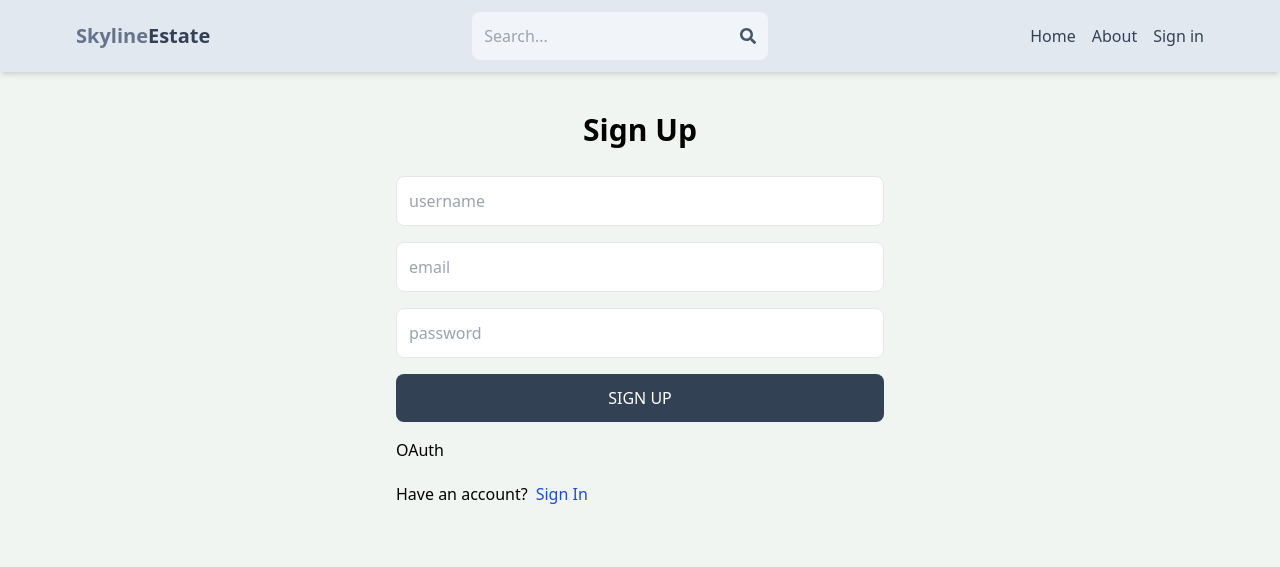
Repository: stavan30/mern-estate
Page: /sign-up (app in client/)
The author's editor kept a copy of each file at every save. The page is drawn from the files as they stood at one save, then again after the next save.
The browser window is 1280 px wide. The pictures show the whole page.
The project was rebuilt for these pictures with package versions that can differ from the ones it lists, and the page was loaded fresh each time. Also part of the build but not shown: client/vite.config.js, client/src/pages/About.jsx, client/src/pages/Home.jsx, client/src/pages/Profile.jsx, client/src/pages/SignIn.jsx.

Above is the page before, as saved 2024-01-30 14:32:02.

### client/src/main.jsx
import React from 'react'
import ReactDOM from 'react-dom/client'
import App from './App.jsx'
import './index.css'
import {persistor, store} from './redux/store.js'
import {Provider} from 'react-redux'
import {PersistGate} from 'redux-persist/integration/react';

ReactDOM.createRoot(document.getElementById('root')).render(
  <Provider store={store}>
    <PersistGate loading={null} persistor={persistor}>
    <App />
    </PersistGate>
  </Provider>
)

### client/src/App.jsx
import { BrowserRouter, Routes, Route } from 'react-router-dom';
import Header from './components/Header';
import About from './pages/About';
import Home from './pages/Home';
import Profile from './pages/Profile';
import SignIn from './pages/SignIn';
import SignUp from './pages/SignUp';


export default function App() {
  return (
    <BrowserRouter>
    <Header/>
      <Routes>
        <Route path='/' element={<Home/>}></Route>
        <Route path='/sign-in' element={<SignIn/>}></Route>
        <Route path='/sign-up' element={<SignUp/>}></Route>
        <Route path='/about' element={<About/>}></Route>
        <Route path='/profile' element={<Profile/>}></Route>
      </Routes>
    </BrowserRouter>
    )
}

### client/src/redux/store.js
import { combineReducers, configureStore } from '@reduxjs/toolkit'
import userReducer from './user/userSlice'
import {persistReducer, persistStore} from 'redux-persist';
import storage from 'redux-persist/lib/storage'

const rootReducer = combineReducers({user: userReducer})

const persistConfig = {
    key: 'root',
    storage,
    version: 1,
}

const persistedReducer = persistReducer(persistConfig, rootReducer)

export const store = configureStore({
  reducer: persistedReducer,
  middleware: (getDefaultMiddleware)=>
    getDefaultMiddleware({
        serializableCheck: false,
    })
})

export const persistor = persistStore(store);

### client/src/components/Header.jsx
import { FaSearch} from 'react-icons/fa'
import { Link } from 'react-router-dom'

export default function Header() {
  return (
    <header className='bg-slate-200 shadow-md'>
        <div className='flex justify-between items-center max-w-6xl mx-auto p-3'>
        <Link to='/'>
        <h1 className='font-bold text-sm sm:text-xl flex flex-wrap'>
            <span className='text-slate-500'>Skyline</span>
            <span className='text-slate-700'>Estate</span>
        </h1>
        </Link>
        <form className='bg-slate-100 p-3 rounded-lg flex items-center'>
            <input type='text' placeholder='Search...'
                className='bg-transparent focus:outline-none w-24 sm:w-64'
            />
            <FaSearch className='text-slate-600'/>
        </form>

        <ul className='flex gap-4'>
            <Link to='/'><li className='hidden sm:inline text-slate-700 hover:underline'>Home</li></Link>
            <Link to='/about'><li className='hidden sm:inline text-slate-700 hover:underline'>About</li></Link>
            <Link to='/sign-in'><li className=' text-slate-700 hover:underline'>Sign in</li></Link>
        </ul>
        </div>
    </header>
  )
}

### client/src/pages/SignUp.jsx
import { useState } from 'react';
import { Link, useNavigate } from 'react-router-dom';
import OAuth from '../components/OAuth';

export default function SignUp() {
  const [formData, setFormData] = useState({});
  const [error, setError] = useState(null);
  const [loading, setLoading] = useState(false);
  const navigate = useNavigate();
  const handleChange = (e) => {
    setFormData({
      ...formData,
      [e.target.id]: e.target.value,
    })
  }

  const handleSubmit = async (e) => {
    e.preventDefault();
    try {
      setLoading(true);
      //fetch function to get api endpoint and pass on an object with POST, and the data we are sending is in JSON, and body which converts the JSON object to string.
      const res = await fetch('/api/auth/signup', {
      method: 'POST',
      headers: {
        'Content-Type' : 'application/json',
      },
      body: JSON.stringify(formData) //used to send data
      });
      const data = await res.json(); //recieveing data and storing it in const data using await async opperation.
      console.log(data);
      if(data.success === false) {
      setLoading(false);
      setError(data.message);
      return;
    }
    setLoading(false);
    setError(null);
    navigate('/sign-in');

    } catch (error) {
      setLoading(false);
      setError(error.message);
    }


  }

  return (
    <div className='p-3 max-w-lg mx-auto'>
      <h1 className='text-3xl text-center font-semibold my-7'>
        Sign Up
      </h1>
      <form onSubmit={handleSubmit} className='flex flex-col gap-4'>
        <input type="text" placeholder='username'
        className='border p-3 rounded-lg' id='username' onChange={handleChange}/>

        <input type="text" placeholder='email'
        className='border p-3 rounded-lg' id='email' onChange={handleChange}/>

        <input type="password" placeholder='password'
        className='border p-3 rounded-lg' id='password' onChange={handleChange}/>

        <button disabled={loading} className='bg-slate-700 text-white p-3 rounded-lg uppercase hover:opacity-95 disabled:opacity-80'>
          {loading ? 'Loading...' : 'Sign Up'}
        </button>
        <OAuth/>
      </form>
      <div className='flex gap-2 mt-5'>
        <p>Have an account? </p>
        <Link to={"/sign-in"}>
          <span className='text-blue-700'>Sign In</span>
        </Link>
      </div>
      {error && <p className='text-red-500 mt-5' >{error}</p>}
    </div>
  )
}

### client/src/redux/user/userSlice.js
import {createSlice} from '@reduxjs/toolkit'

const initialState = {
    currentUser: null,
    error: null,
    loading: false,
};

const userSlice = createSlice({
    name: 'user',
    initialState,
    reducers: {
        signInStart: (state)=>{
            state.loading = true;
        },

        signInSuccess: (state, action) => {
            state.currentUser = action.payload;
            state.loading = false;
            state.error = null;
        },

        signInFail: (state, action) => {
            state.error = action.payload;
            state.loading = false;
        }

    }
})

export const {signInStart, signInSuccess, signInFail} = userSlice.actions;

export default userSlice.reducer;

### client/src/components/OAuth.jsx
import React from 'react'

export default function OAuth() {
  return (
    <div>OAuth</div>
  )
}

Loaded but not shown: client/index.html (common file); client/src/index.css (common file); client/tailwind.config.js (common file)

After the next save:
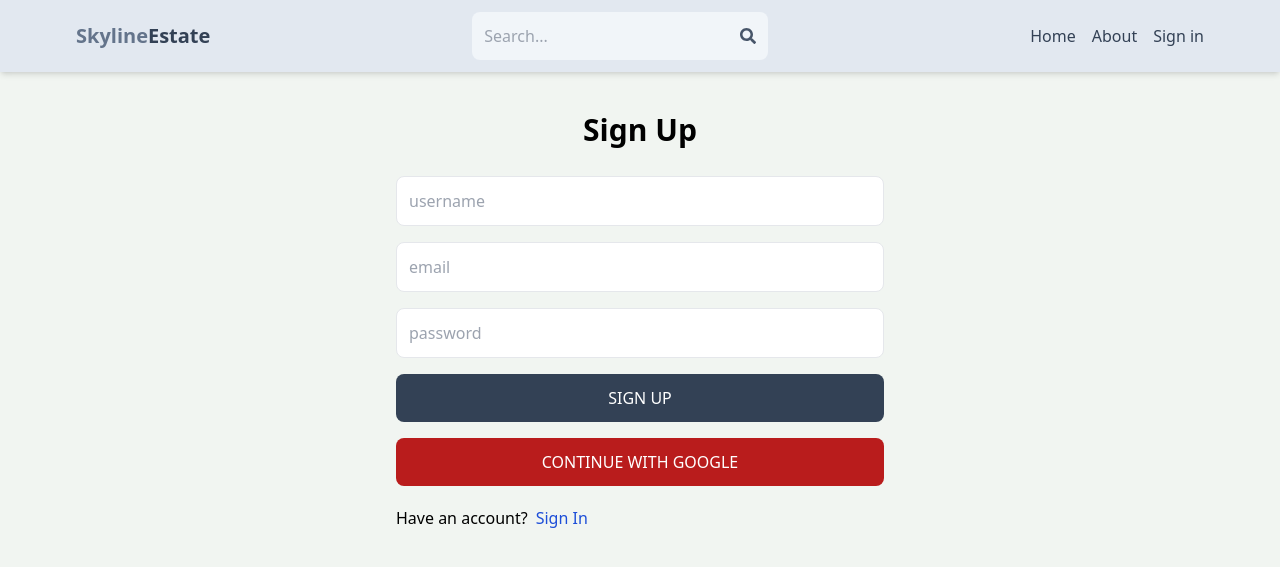
Saved 79 s later.
--- a/client/src/components/OAuth.jsx
+++ b/client/src/components/OAuth.jsx
@@ -2,6 +2,6 @@ import React from 'react'
 
 export default function OAuth() {
   return (
-    <div>OAuth</div>
+    <button className='bg-red-700 text-white p-3 rounded-lg uppercase'>Continue with google</button>
   )
 }
